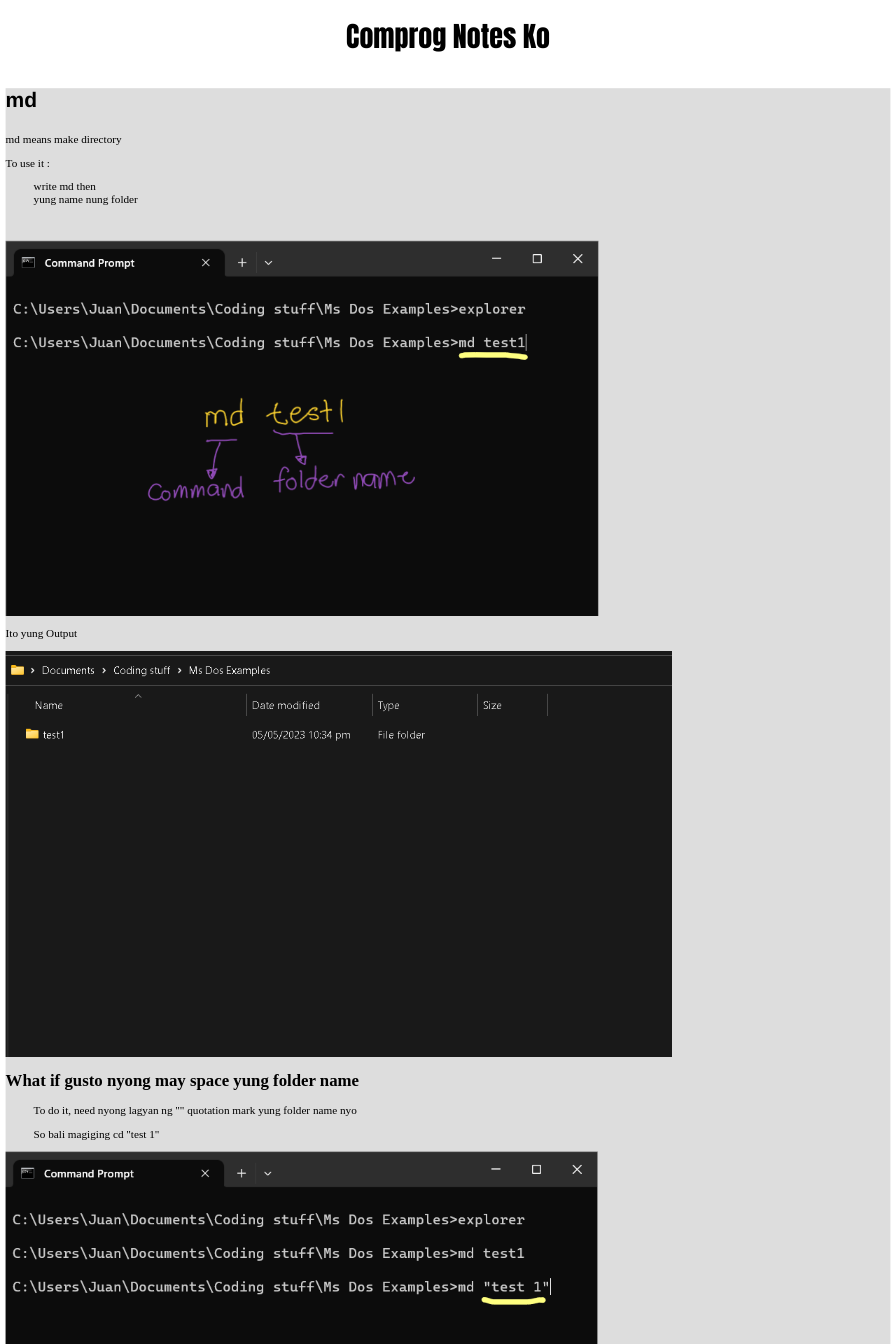
Repository: zwainer/Comprog
Page: index.html
These files come from the project's save history. The page is drawn as it stood at one moment and after the next save; the edit follows.
The browser window is 1280 px wide. The pictures show the part of the page from y = 0 to 1920 px (the page is 5706 px tall before and 5691 px after), at 70% of full size.

Above is the page before, as saved 2023-05-06 00:28:55.

### index.html
<html>
	<head>
		<link rel="stylesheet" href="index.css">
	</head>
<body>


	<h1 class="mainHead">Comprog Notes Ko</h1>

	<div class="makeDir">
		<!-- make dir part -->

		<p class="StartCommand">
			md
			<br/>

		</p>

		<p>md means make directory <br/>
		</p>
		<p>To use it :
			<dl>
				<dd>
					write md then
				</dd>

				<dd>
					yung name nung folder
				</dd>
			</dl>

		<br/>
		</p>


		</p>

		<img src="pictures/1_1.png">

		<p>Ito yung Output <br/></p>


		<img src="pictures/2.png">

		<h2>What if gusto nyong may space yung folder name<br/></h2>
		<dl>
			<dd>
				<p> To do it, need nyong lagyan ng "" quotation mark yung folder name nyo<br/></p>
			</dd>

			<dd>
				<p> So bali magiging cd "test 1"<br/></p>
			</dd>
		</dl>

		<img src="pictures/3.png">

		<p>Ito yung Output <br/></p>

		<img src="pictures/4.png">


		<h2>What will happen pag walang "" <-- ganire<br/></h2>

		<p>Gagawa sya ng multiple folder<br/></p>

		<img src="pictures/5.png">

		<p>Ito yung output<br/></p>

		<img src="pictures/6.png">

		<p>So that means tinignan sya nung computer as <br/>

			<dl>
				<dd>
					md test <br/>
				</dd>

				<dd>
					md 1<br/></p>
				</dd>
			</dl>

			<p>so if want nyong gumawa ng madaming folder tapos yung name nya is folder1 folder 2 folder3 folder4<br/></p>

			<p>Pwede nyong gawing: <p class="importantNote">md folder1 folder2 folder3 folder4</p> <br/> </p>

			<img src="pictures/7.png">


</div>
	<!-- remove naman ng directory na part -->

<h1>rd --> Remove Directory : need sa loob ng directory na tatangalin<br/></h1>


	<p>
		*note* need empty yung dir na buburahin
		<br/>
	</p>

		rd a b c d <br/>

		=remove different folder named a,b,c,d<br/>

	:to make a subdirectory with space:<br/>

	rd "Hala pano to makisama"<br/>

		= remove folder named Hala pano to makisama	<br/>


 	<!-- clear ng cmd para di makalat -->
cls - clear<br/>
	<!-- Show the directory -->

dir - ls or list directory<br/>

<!-- cd stuff -->

cd/ - go to root<br/>

cd .. - move one up<br/>

cd <directory> - change directory to that place<br/>
<!-- tree momints -->


tree - Para makita yung sub directory ng subdirectory ...<br/>
<!-- copy command -->

<p >:copy command:<br/></p>
<p >cls - clear<br/></p>

<p >dir - ls or list directory<br/></p>

<p >cd - Change Directory<br/></p>


<p >cd/ - go to root<br/></p>

<p>cd .. - move one up<br/></p>

<p >cd <"directory"> - change directory to that place<br/></p>






<p>copy *.*<br/>

	so bali: <br/></p>
		<p>
				-->copy hello.text "C:\Users\Juan\Documents\Coding stuff\MsDOS"<br/>
			Need yung quotation sa dir
			<br/>
		</p>

		<p>
	to copy multiple file type ang gagawin is </br>
	copy *.txt >> so bali lahat ng text file is makacopy</br>



		</p>

	</body>
</html>

### index.css
.mainHead{
    font-size: 40px;
    font-family: Impact, Haettenschweiler, 'Arial Narrow Bold', sans-serif;
    text-align: center !important;
    padding: 14px;

}


.makeDir{

    background-color: rgb(221, 221, 221) ;
    padding: 0%;
    margin: 0%;
}



.StartCommand{
    font-size: 30px;
    font-family: 'Franklin Gothic Medium';
    font-weight: bold;
}

.importantNote{
    font-style: italic;
}

After the next save:
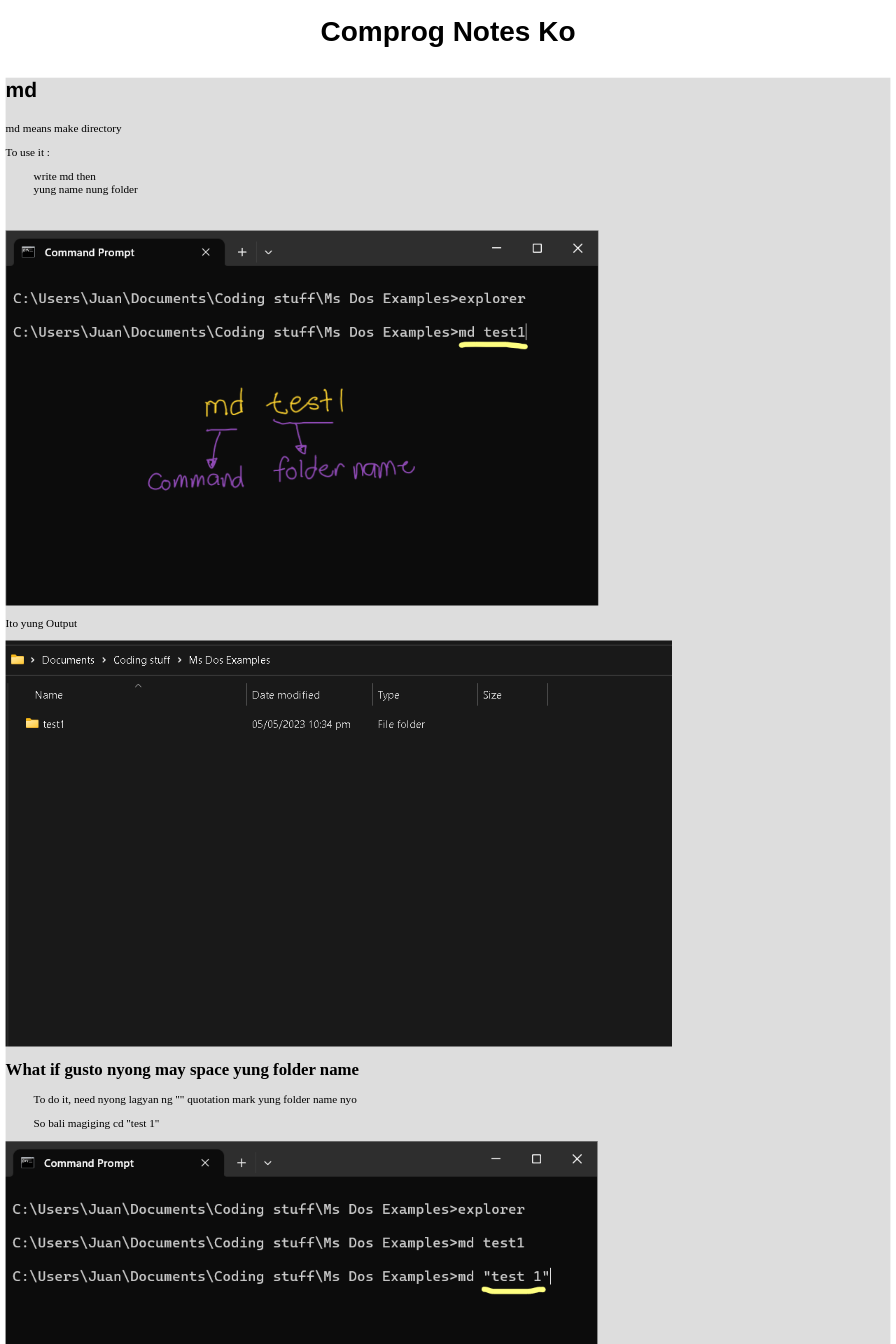
Saved 7 s later.
--- a/index.css
+++ b/index.css
@@ -1,6 +1,6 @@
 .mainHead{
     font-size: 40px;
-    font-family: Impact, Haettenschweiler, 'Arial Narrow Bold', sans-serif;
+    font-family: Haettenschweiler, 'Arial Narrow Bold', sans-serif;
     text-align: center !important;
     padding: 14px;
 
